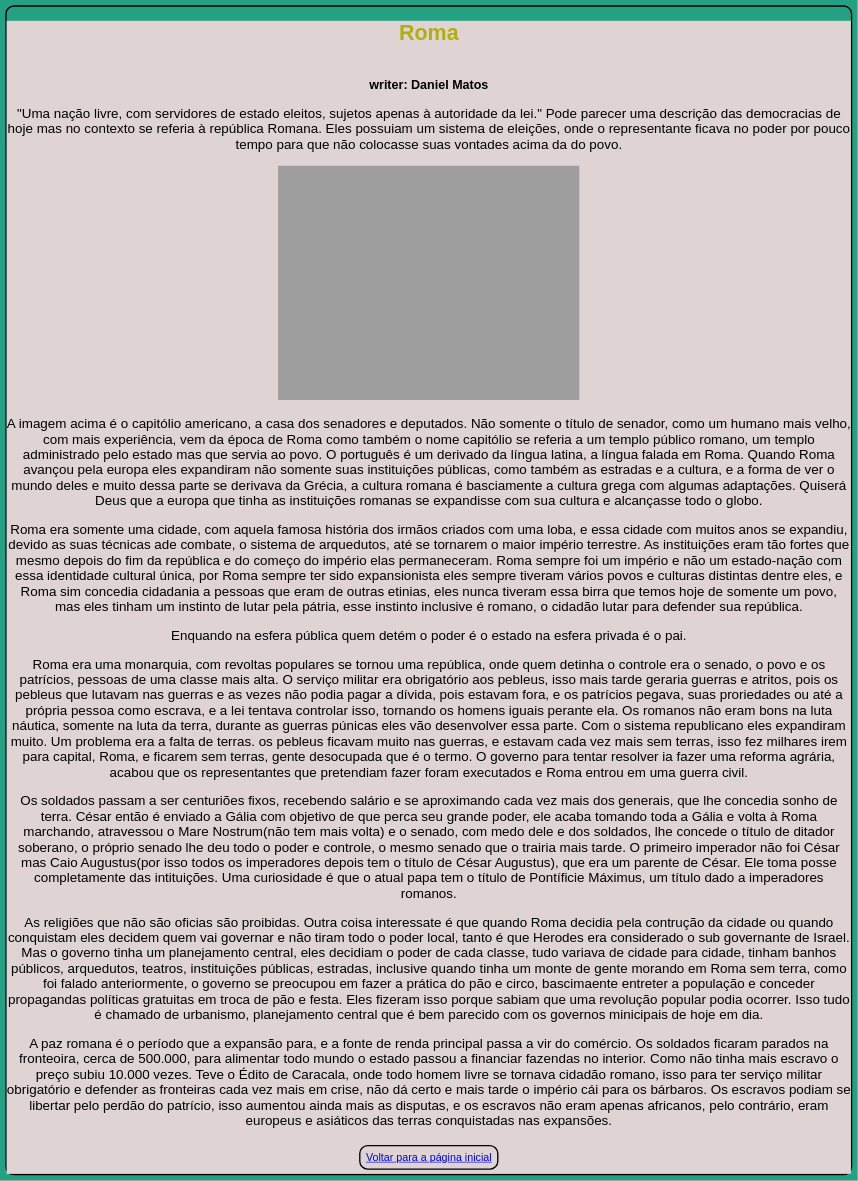
Repository: batmit/FutureFundation.github.io-1
Page: menu/articles/history/ancient/rome/rome1.html
The author's editor kept a copy of each file at every save. The page is drawn from the files as they stood at one save, then again after the next save.
The browser window is 1280 px wide. The pictures show the whole page, at 67% of full size.
Pictures or frames that could not be fetched are drawn as grey boxes.

Above is the page before, as saved 2021-10-03 09:42:55.

After the next save:
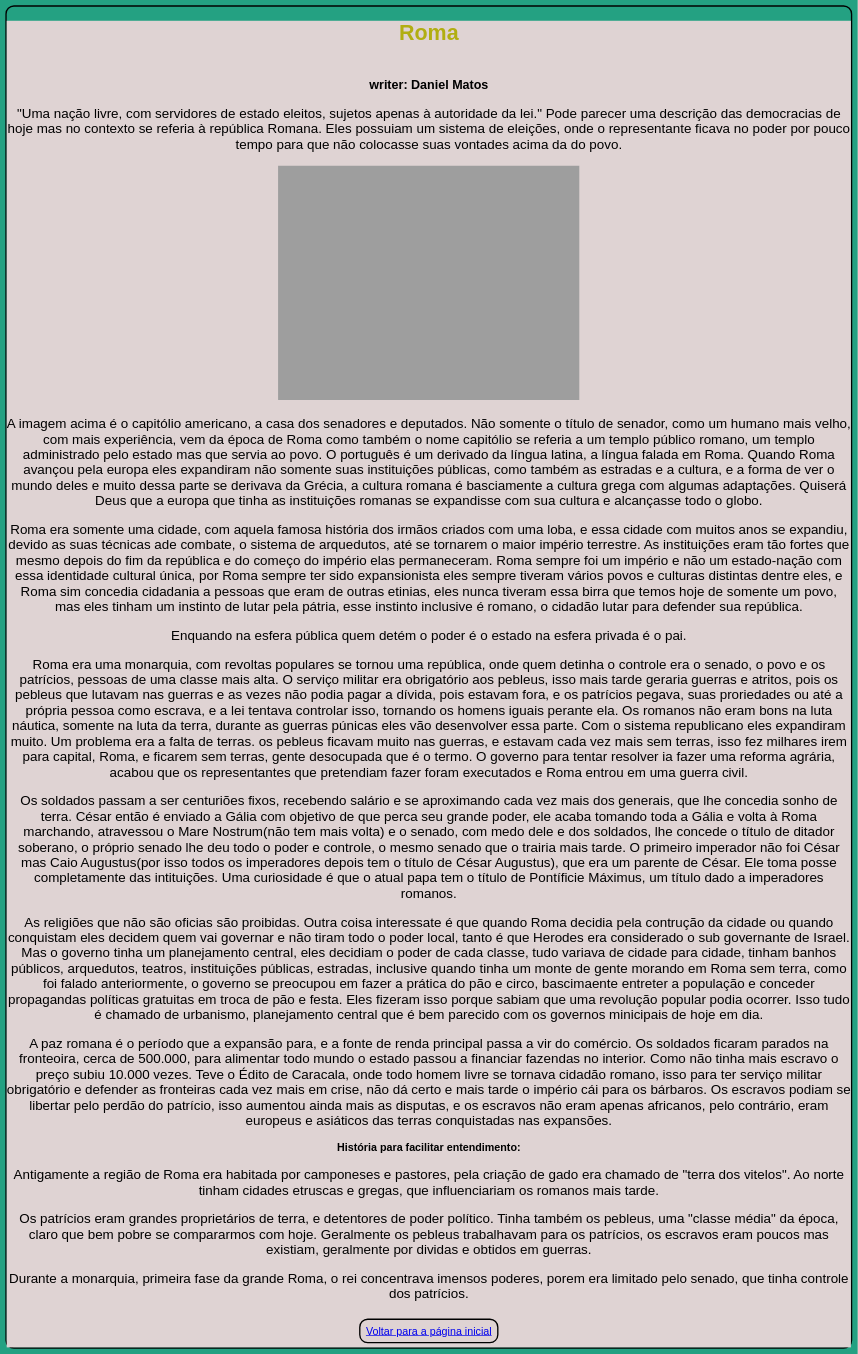
Saved 7 h 50 min later.
--- a/menu/articles/history/ancient/rome/rome1.html
+++ b/menu/articles/history/ancient/rome/rome1.html
@@ -31,6 +31,13 @@
 
         <p>A paz romana é o período que a expansão para, e a fonte de renda principal passa a vir do comércio. Os soldados ficaram parados na fronteoira, cerca de 500.000, para alimentar todo mundo o estado passou a financiar fazendas no interior. Como não tinha mais escravo o preço subiu 10.000 vezes. Teve o Édito de Caracala, onde todo homem livre se tornava cidadão romano, isso para ter serviço militar obrigatório e defender as fronteiras cada vez mais em crise, não dá certo e mais tarde o império cái para os bárbaros. Os escravos podiam se libertar pelo perdão do patrício, isso aumentou ainda mais as disputas, e os escravos não eram apenas africanos, pelo contrário, eram europeus e asiáticos das terras conquistadas nas expansões. </p>
 
+        <strong>História para facilitar entendimento: </strong>
+
+        <p>Antigamente a região de Roma era habitada por camponeses e pastores, pela criação de gado era chamado de "terra dos vitelos". Ao norte tinham cidades etruscas e gregas, que influenciariam os romanos mais tarde. </p>
+        <p>Os patrícios eram grandes proprietários de terra, e detentores de poder político. Tinha também os pebleus, uma "classe média" da época, claro que bem pobre se compararmos com hoje. Geralmente os pebleus trabalhavam para os patrícios, os escravos eram poucos mas existiam, geralmente por dividas e obtidos em guerras. </p>
+        <p>Durante a monarquia, primeira fase da grande Roma, o rei concentrava imensos poderes, porem era limitado pelo senado, que tinha controle dos patrícios. </p>
+
+
         <a href="/menu/articles/history/ancient/rome/rome_main.html">Voltar para a página inicial</a>
     </div>
 </body>
